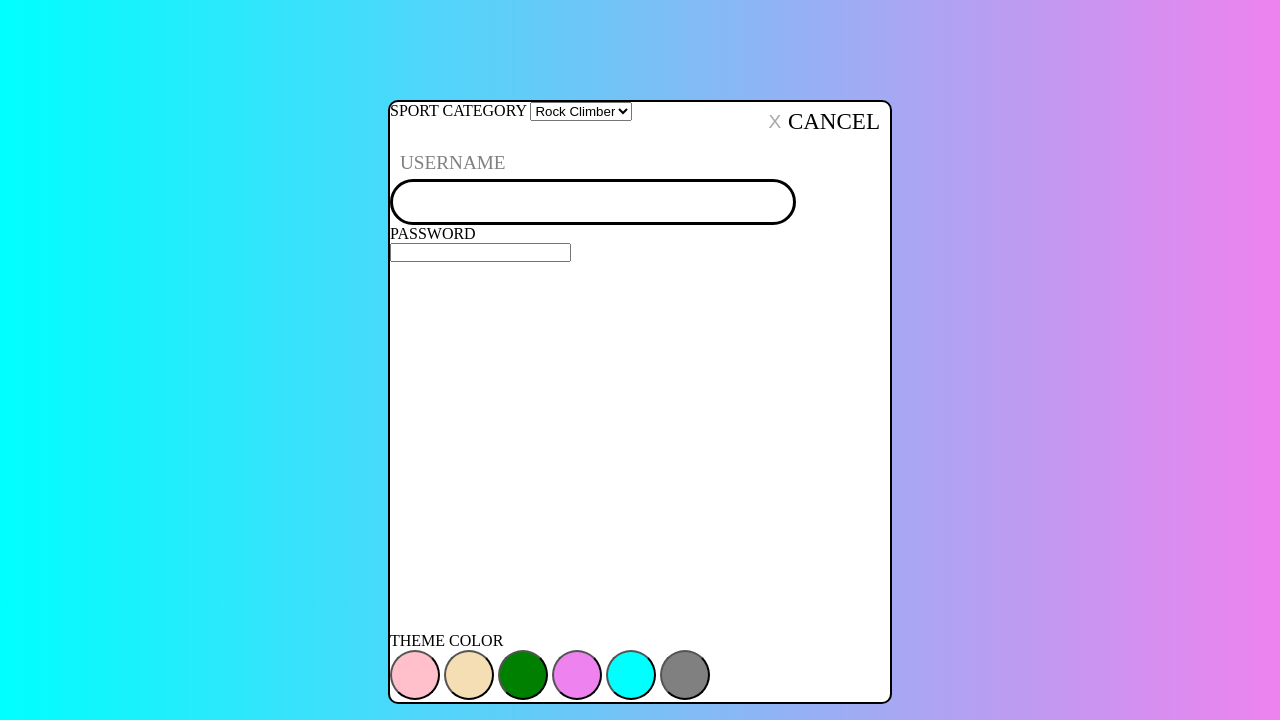
Repository: zRush1202/LoginPage-demo
Page: dom/exercise/login.html
An editor plug-in stored every save of this project. The page is shown before and after the next save, followed by the edit.
The browser window is 1280 px wide. The pictures show the whole page.

Above is the page before, as saved 2023-09-17 09:34:06.

After the next save:
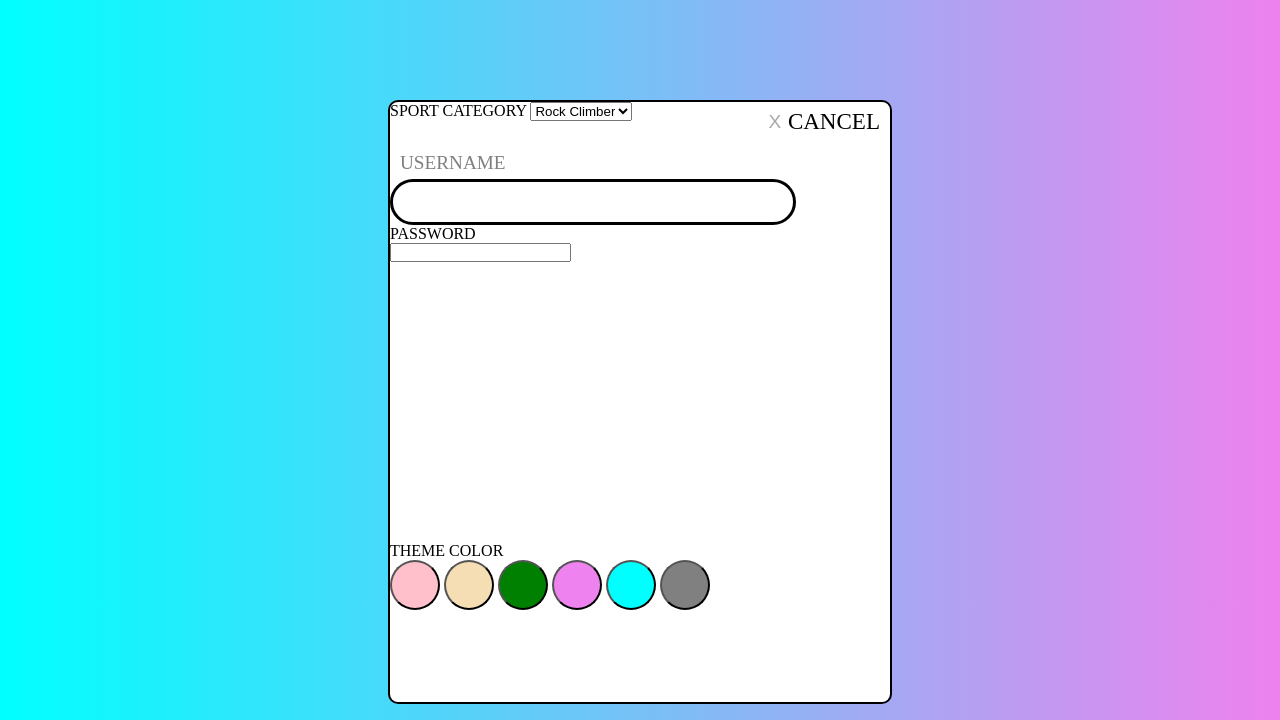
Saved 12 s later.
--- a/dom/exercise/login.css
+++ b/dom/exercise/login.css
@@ -78,5 +78,5 @@ body {
 
 .theme {
     position: absolute;
-    bottom: 0;
+    bottom: 90px;
 }
